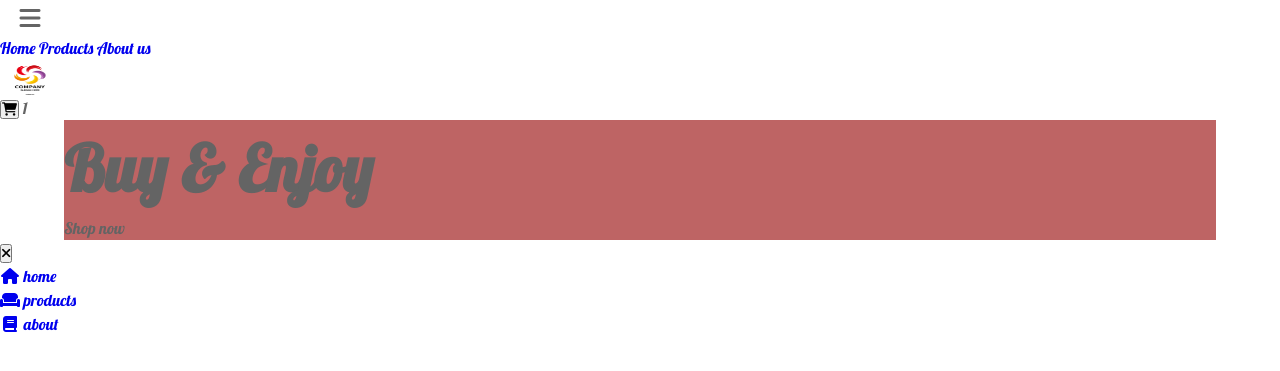
Repository: tetlisna/myprojectJS2
Page: index.html
The author's editor kept a copy of each file at every save. The page is drawn from the files as they stood at one save, then again after the next save.
The browser window is 1280 px wide. The pictures show the whole page.
The pointer rests on the first visible `.main`.
Some web fonts or font styles are not loaded; a fallback is used.

Above is the page before, as saved 2022-09-04 19:39:52.

### index.html
<!DOCTYPE html>
<html lang="en">
  <head>
    <meta charset="UTF-8" />
    <meta name="viewport" content="width=device-width, initial-scale=1.0" />
    <link rel="stylesheet" href="/css/style.css" />
    <link
      rel="stylesheet"
      href="https://cdnjs.cloudflare.com/ajax/libs/font-awesome/6.2.0/css/all.min.css"
    />
    <title>E-commers</title>
  </head>
  <body>
    <!-- Nav left -->
    <nav class="navbar">
      <div class="menu-line">
        <div class="wrapper">
          <button class="nav-logo">
            <i class="fa-sharp fa-solid fa-bars"></i>
          </button>
          <a href="#" href="index.html" class="nav-link">Home</a>
          <a href="#" href="products.html" class="nav-link">Products</a>
          <a href="#" href="about-us.html" class="nav-link">About us</a>
        </div>
        <!-- Logo -->
        <img src="/img/logo.png" class="nav-logo" alt="logo" width="100px" />
        <!-- Cart-->
        <div class="cart-side-container">
          <button class="cart-side">
            <i class="fa-sharp fa-solid fa-cart-shopping"></i>
          </button>
          <span class="cart-item-amount">1</span>
        </div>
      </div>
    </nav>

    <!--Main section-->

    <section class="main">
      <div id="main-container">
        <h1 class="text-main">Buy & Enjoy</h1>
        <a href="products.html" class="hero-btn"> Shop now </a>
      </div>
    </section>
    <!--Side section-->

    <div class="sidebar-pop-out">
      <aside class="sidebar">
        <!-- close -->
        <button class="sidebar-close">
          <i class="fas fa-times"></i>
        </button>
        <!-- links -->
        <ul class="sidebar-links">
          <li>
            <a href="index.html" class="sidebar-link">
              <i class="fas fa-home fa-fw"></i>
              home
            </a>
          </li>
          <li>
            <a href="products.html" class="sidebar-link">
              <i class="fas fa-couch fa-fw"></i>
              products
            </a>
          </li>
          <li>
            <a href="about.html" class="sidebar-link">
              <i class="fas fa-book fa-fw"></i>
              about
            </a>
          </li>
        </ul>
      </aside>
    </div>
    <script src="script.js"></script>
  </body>
</html>

### css/style.css
@import url('https://fonts.googleapis.com/css2?family=Lobster&family=Qwitcher+Grypen&family=Roboto:wght@300&display=swap');
:root {
    --transition: all 0.3s linear;
    --spacing: 0.1rem;
    --radius: 0.25rem;
    --max-width: 1170px;
    --fixed-width: 620px;
    --white-bg:rgb(255, 255, 255);
    --dark-grey:rgb(100, 100, 100);
    --grey-red:rgb(190, 100, 100);

}

* {
    margin: 0;
    padding: 0;
    box-sizing: border-box;
}
.container {
    max-width: 980px;
    margin: auto;
}
a {
    text-decoration: none;
  }
body {
    font-family: 'Lobster', cursive,'Qwitcher Grypen', cursive,'Roboto', sans-serif;
    background: var(--white-bg);
    color: var(--dark-grey);
    line-height: 1.5;
    font-size: 0.875rem;
}
p {
    margin-bottom: 1.25rem;
    color: var(--dark-grey);
}
.hero-btn {
    color: var(--dark-grey);
}

 @media screen and (min-width: 800px) {
    h1 {
        font-size: 4rem;

    }
    body {
        font-size: 1rem;
    }
 }
.img {
    width: 100%;
    display: block;
}
.main {
    width: 90vw;
    max-width: var(--max-width);
    margin: 0 auto;
}

.main:hover {
    background: var(--grey-red);
}
/* .cart-side {
    background: var(--clr-primary-5);
    color: var(--clr-white);
    border-radius: var(--radius);
    padding: 0.375rem 0.75rem;
    letter-spacing: var(--spacing);
    display: inline-block;
    transition: var(--transition);
    border-color: transparent;
    cursor: pointer;
  } */
  /* .cart-side:hover {
    background: var(--white-bg);
    color: var(--dark-grey);
  } */
.nav-logo {
    background: var(--clr-primary-5);
    border-color: transparent;
    color: var(--clr-white);
    width: 3.75rem;
    height: 2.25rem;
    display: flex;
    align-items: center;
    justify-content: center;
    font-size: 1.5rem;
    border-radius: 2rem;
    cursor: pointer;
    transition: var(--transition);
}

### script.js
class User {
	constructor (name, balance){
		this.name = name,
		this.balance = balance
	}
	showOrderHistory(sortWay, fieldName, totalAmount, orderDate){

	}
	getCart(){
		return this.cart;
	}
	addOrder(){
		return this.order;
	}

}
class Order{
	constructor (order, totalPrice, date){
		this.order = order,
		this.price = totalPrice,
		this.date = date
	}

}

After the next save:
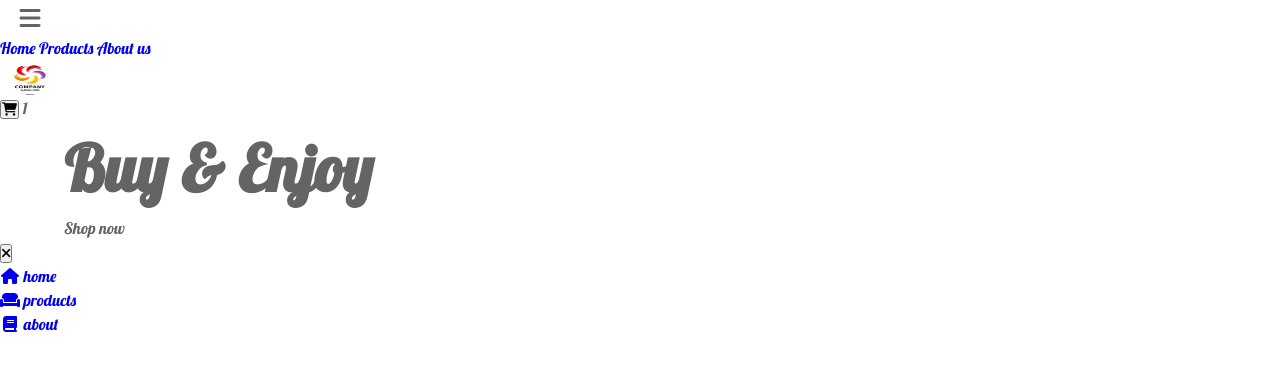
Saved 37 s later.
--- a/css/style.css
+++ b/css/style.css
@@ -57,7 +57,7 @@ p {
     margin: 0 auto;
 }
 
-.main:hover {
+a.main:hover {
     background: var(--grey-red);
 }
 /* .cart-side {
